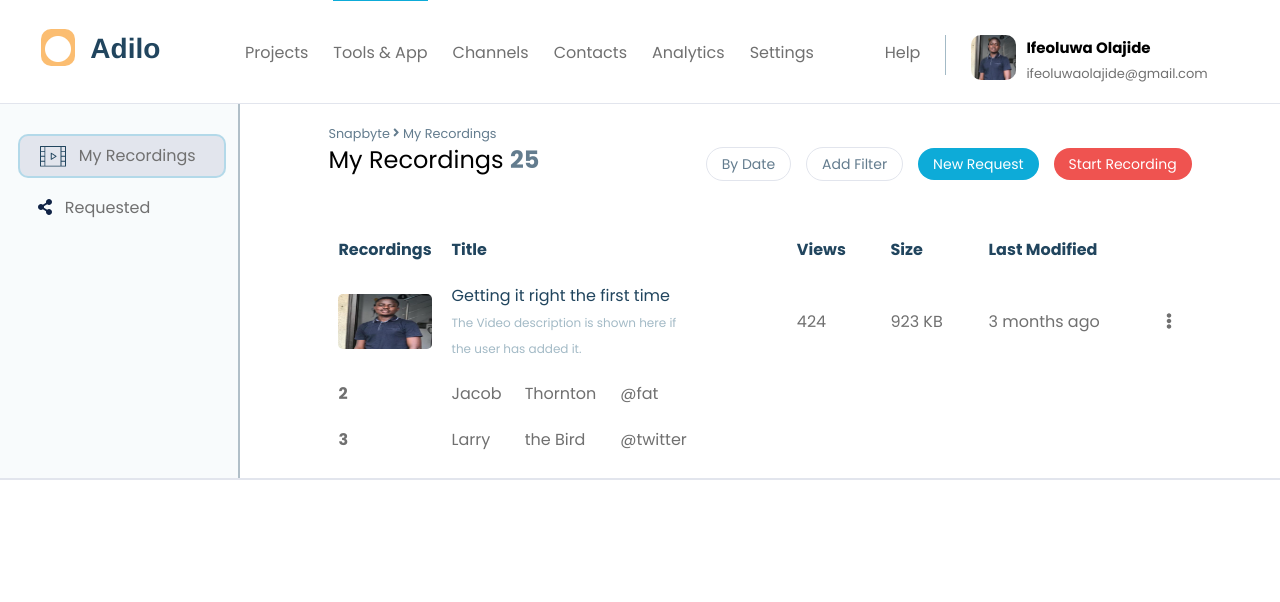
Repository: olhighjay/video_recorder
Page: /
An editor plug-in stored every save of this project. The page is shown before and after the next save, followed by the edit.
The browser window is 1280 px wide. The pictures show the whole page.
Some web libraries are served in a nearby version. The project was rebuilt for these pictures with package versions that can differ from the ones it lists, and the page was loaded fresh each time. Also part of the build but not shown: vue.config.js.

Above is the page before, as saved 2022-07-29 06:48:42.

### public/index.html
<!DOCTYPE html>
<html lang="">
  <head>
    <meta charset="utf-8">
    <meta http-equiv="X-UA-Compatible" content="IE=edge">
    <meta name="viewport" content="width=device-width,initial-scale=1.0">
    <link rel="icon" href="<%= BASE_URL %>favicon.ico">
    <title><%= htmlWebpackPlugin.options.title %></title>
    <link rel="stylesheet" href="https://cdn.jsdelivr.net/npm/bootstrap@4.0.0/dist/css/bootstrap.min.css" integrity="sha384-Gn5384xqQ1aoWXA+058RXPxPg6fy4IWvTNh0E263XmFcJlSAwiGgFAW/dAiS6JXm" crossorigin="anonymous">
    <link rel="stylesheet" href="https://cdnjs.cloudflare.com/ajax/libs/font-awesome/5.1.0/css/all.css" integrity="sha512-ajhUYg8JAATDFejqbeN7KbF2zyPbbqz04dgOLyGcYEk/MJD3V+HJhJLKvJ2VVlqrr4PwHeGTTWxbI+8teA7snw==" crossorigin="anonymous" referrerpolicy="no-referrer" />
  </head>
  <body>
    <noscript>
      <strong>We're sorry but <%= htmlWebpackPlugin.options.title %> doesn't work properly without JavaScript enabled. Please enable it to continue.</strong>
    </noscript>
    <div id="app"></div>
    <!-- built files will be auto injected -->

    <script src="https://cdnjs.cloudflare.com/ajax/libs/font-awesome/5.1.0/js/all.js" integrity="sha512-vn7pO1RiR0IT5T9K+USTmMfkTaecOtFtCCV0JvT+j8ZPBujq6C3P5J2sHttG7D41pBPqLCih+7lIXamnFodtUw==" crossorigin="anonymous" referrerpolicy="no-referrer"></script>
    <script src="https://code.jquery.com/jquery-3.2.1.slim.min.js" integrity="sha384-KJ3o2DKtIkvYIK3UENzmM7KCkRr/rE9/Qpg6aAZGJwFDMVNA/GpGFF93hXpG5KkN" crossorigin="anonymous"></script>
<script src="https://cdn.jsdelivr.net/npm/popper.js@1.12.9/dist/umd/popper.min.js" integrity="sha384-ApNbgh9B+Y1QKtv3Rn7W3mgPxhU9K/ScQsAP7hUibX39j7fakFPskvXusvfa0b4Q" crossorigin="anonymous"></script>
<script src="https://cdn.jsdelivr.net/npm/bootstrap@4.0.0/dist/js/bootstrap.min.js" integrity="sha384-JZR6Spejh4U02d8jOt6vLEHfe/JQGiRRSQQxSfFWpi1MquVdAyjUar5+76PVCmYl" crossorigin="anonymous"></script>
  </body>
</html>

### src/App.vue
<template>
  <!-- <img alt="Vue logo" src="./assets/logo.png"> -->
  <div>
    <navbar></navbar>
    <div id="main-flex">
      <div class="my-sidebar">
        <ul class="my-sidebar-items">
            <li class="sidebar-item-active"> <img src="./assets/video-player.png" alt=""> &nbsp; My Recordings</li>
            <li> <i class="fa fa-share-alt" style="color:#102346"></i> &nbsp; Requested</li>
        </ul>
      </div>
        <div class="my-main">
          <div class="my-main-container">
            <div><small class="breadcrumbs">Snapbyte <i class="fa fa-angle-right" style="font-weight:200"></i> My Recordings</small></div>
            <div class="subheading-tab">
              <div> <span class="my-recordings">My Recordings </span><span class="my-recordings-count">25</span> </div>
              <div>
                <button class="sub-heading-btn white-btn">By Date</button>
                <button class="sub-heading-btn white-btn">Add Filter</button>
                <button class="sub-heading-btn blue-btn">New Request</button>
                <button class="sub-heading-btn red-btn">Start Recording</button>
              </div>
            </div>
            <!-- <div style="border: 1px dashed #A3BAC6; margin-top:30px;
              border-radius: 38px;
              opacity: 1; padding-top:105.9px; padding-bottom:68.5px">
              <p style="color: #000; font-size: 22px; text-align:center; font-weight:medium; margin-top:56px">Say hello to the world!</p>
              <p style="color: #637C8E; font-size: 14px; text-align:center;">Record your first video/audio and share it what your team, friends, <br />followers and customers.</p>
              <div class="text-center">
                <button class="sub-heading-btn red-btn">Start Recording</button>
                <button class="sub-heading-btn blue-btn">New Request</button>
              </div>
            </div>
            <div class="footer" style="margin-top:42px; margin-bottom: 140px">
              <div>

              </div>
              <div>
                <p style="font-size: 26px; color:#21455E">Want more controls & better <br />quality recording?</p>
                <button class="sub-heading-btn blue-btn">Download the desktop recorder</button>
              </div>
            </div> -->
            <div class="table-responsive-xl" style="margin-top:46.1px">
              <table class="">
  <thead>
    <tr >
      <th scope="col" class="my-table-title">Recordings</th>
      <th scope="col" class="my-table-title" colspan="3">Title</th>
      <th scope="col" style="width:10%"></th>
      <th scope="col" class="my-table-title">Views</th>
      <th scope="col" class="my-table-title">Size</th>
      <th scope="col" class="my-table-title">Last Modified</th>
      <th scope="col" class="my-table-title"></th>
    </tr>
  </thead>
  <tbody>
    <tr>
      <td style="width:13%; ">
        <img alt="Profile Image" src="./assets/profile.jpg" style="width:100%; height:55px; border-radius:5px">
      </td>
      <td style="width:30%" colspan="3">
        <span class="row-col-txt">Getting it right the first time </span> <br />
        <span class="row-col-subtxt">The Video description is shown here if the user has added it. </span>
      </td>
      <td style="width:10%">
      </td>
      <td>424</td>
      <td>923 KB</td>
      <td>3 months ago</td>
      <td><i class="fa fa-ellipsis-v"></i></td>
    </tr>
    <tr>
      <th scope="row">2</th>
      <td>Jacob</td>
      <td>Thornton</td>
      <td>@fat</td>
    </tr>
    <tr>
      <th scope="row">3</th>
      <td>Larry</td>
      <td>the Bird</td>
      <td>@twitter</td>
    </tr>
  </tbody>
</table>
            </div>
          </div>
        </div>
    </div>
  </div>
</template>

<script>
// import HelloWorld from './components/HelloWorld.vue'
import Navbar from './layouts/Navbar.vue'

export default {
  name: 'App',
  components: {
    Navbar
  }
}
</script>


<style>
 @import url('https://fonts.googleapis.com/css2?family=Poppins:wght@400;500;700&display=swap');

#main-flex {
  display: flex;
  width: 100%;
}

.my-sidebar {
  flex: 0 0 240px;
  /* width: 20%; */
  /* height: 100%; */
  background-color: #ebf2f656;
  border-right: 2px solid #21455e54;
  /* border-right: 2px solid #21455E; */
  /* width:250px; */
}
.my-sidebar-items {
  list-style: none;
  padding: 20px 0;
}
.my-sidebar-items>li {
  margin : 10px 12px 10px 18px;
  padding: 7px 20px ;
}
.sidebar-item-active {
  background-color: #E2E5ED;
  border: 2px solid #0DABD838;
  border-radius: 10px;
}





.my-main {
  flex: 1;
  flex-wrap: wrap;
}
.my-main-container {
  padding: 1.5% 8.5%;
}
.subheading-tab {
  display: flex;
  justify-content: space-between;
}
.sub-heading-btn {
  padding: 3px 15px;
  border-radius: 20px;
  margin-left: 15px;
  font-size: 14px;
}
.white-btn {
  border: 1px solid #E2E5ED;
  background-color: white;
  color: #637C8E;
}
.blue-btn {
  border: none;
  background-color: #0DABD8;
  color: #fff;
}
.red-btn {
  border: none;
  background-color: #EF5350;
  color: #fff;
}
.my-recordings, .my-recordings-count {
  font-size: 24px;
  color: #000
}
.my-recordings {
  color: #000
}
.my-recordings-count {
  color: #637C8E;
  font-weight: 600;
}
.breadcrumbs {
  color:#637C8E;
}


table  {
  border-spacing: 300px !important;
}
th, td {
  padding: 10px;
}
.my-table-title {
  text-align: left;
  font: normal normal medium 18px/27px Poppins;
  letter-spacing: 0px;
  color: #21455E;
}
.row-col-txt {
  color:#21455E
}
.row-col-subtxt {
  text-align: left;
  font: normal normal normal 12px/18px Poppins;
  letter-spacing: 0px;
  color: #A3BAC6;
  line-height: 1.6;
}



#app {
  font-family: Avenir, Helvetica, Arial, sans-serif;
  font: normal normal normal 14px/26px Poppins;
  -webkit-font-smoothing: antialiased;
  -moz-osx-font-smoothing: grayscale;
   /* text-align: center; */
   font-size: 16px;
  color: #707070;
  border-bottom: solid 2px #E2E5ED;
  overflow: hidden;
  /* margin-top: 60px;  */
}


</style>

### src/layouts/Navbar.vue
<template>
    <nav class="">
      <div class="nav-logo-area">
        <div class="nav-logo-area-inner">
          <div class="white-logo-wrap">
            <span class="white-logo-bkg">
            <img alt="Adilo logo" src="../assets/swarm.png">
            </span>
          </div>
          <div class="adilo">Adilo</div>
        </div>
      </div>
      <div class="nav-tab">
        <ul class="my-nav-list">
          <li><a>Projects</a></li>
          <li class="active-nav-item"> <a>Tools & App</a></li>
          <li><a>Channels</a></li>
          <li><a>Contacts</a></li>
          <li><a>Analytics</a></li>
          <li><a>Settings</a></li>
        </ul>
      </div>
      <div class="nav-profile">
        <ul class="my-nav-list">
          <li><a>Help</a></li>
        </ul>
        <div class="profile-info">
          <div class="profile-border"></div>
          <div >
            <img alt="Profile Image" src="../assets/profile.jpg" class="profile-img">
          </div>
          <div style="margin-left:10px">
            <span class="profile-name">Ifeoluwa Olajide </span>
            <p class="profile-email">ifeoluwaolajide@gmail.com</p>
          </div>
        </div>
      </div>
    </nav>
</template>
<script>
export default {
    name: 'NavbarComponent'
}
</script>
<style>
     nav {
    display: flex;
    /* height: 69px; */
    padding: 0 0.032%;
    border-bottom: solid 1px #E2E5ED;
  }

  .nav-logo-area {
    flex: 0 0 16%;
    padding-left: 3.2%;
    padding-top: 19px;
    padding-bottom: 27px;
  }
  .nav-logo-area-inner {
    display: flex;
  }
  .nav-tab {
    flex: 0 0 50%;
  }
  .nav-profile {
    flex: 0 0 34%;
    display: flex;
  }
  .my-nav-list {
    list-style: none;
    padding-top: 40px;
  }
  .my-nav-list>li {
    display: inline;
    margin-right: 25px;
    padding-top: 40px;
  }
  .my-nav-list>li>a {
    text-align: left;
    /* font: normal normal normal 18px/27px Poppins; */
    letter-spacing: 0px;
    color: #707070;
    opacity: 1
  }
  .white-logo-wrap {
    padding-top:16px;
  }
  .white-logo-bkg {
    background-color:#FBBD71;
    padding:7px 4px;
    border-radius:10px;
  }
  .adilo {
    font: normal normal bold 28px/32px Helvetica;
    font-size:28px;
    margin-left:15px;
    font-weight:bold;
    color:#21455E;
    padding-top:14px;
  }
  .profile-info {
    padding-top:35px;
    display:flex;
  }
  .active-nav-item {
    border-top: 6px solid #0DABD8;
  }
  .profile-border {
    border-left: 1px solid #A3BAC6;
    padding-left:25px;
    height:40px;
  }
  .profile-img {
    width:45px; height: 45px;
    border-radius:10px;
  }
  .profile-name {
    font-weight:bold;
    font-size:15px;
    color:black;
  }
  .profile-email {
    font-size:13px;
  }
</style>

Loaded but not shown: src/main.js (common file)

After the next save:
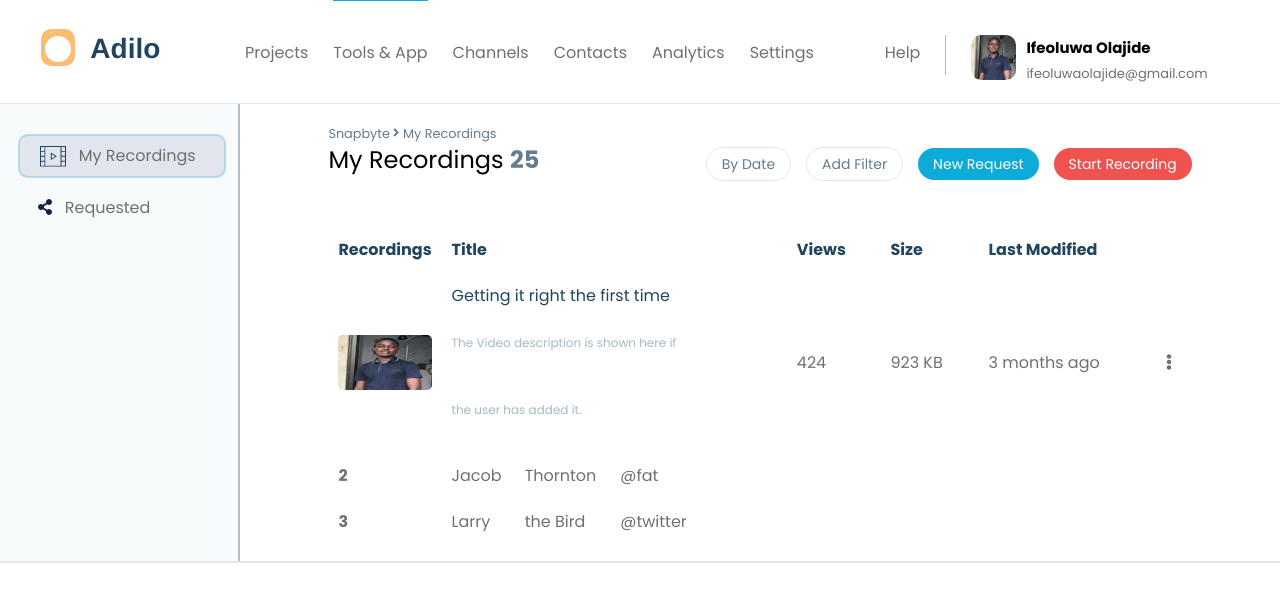
Saved 10 s later.
--- a/src/App.vue
+++ b/src/App.vue
@@ -206,7 +206,7 @@
   font: normal normal normal 12px/18px Poppins;
   letter-spacing: 0px;
   color: #A3BAC6;
-  line-height: 1.6;
+  line-height: 5.6;
 }
 
 

After the save that followed:
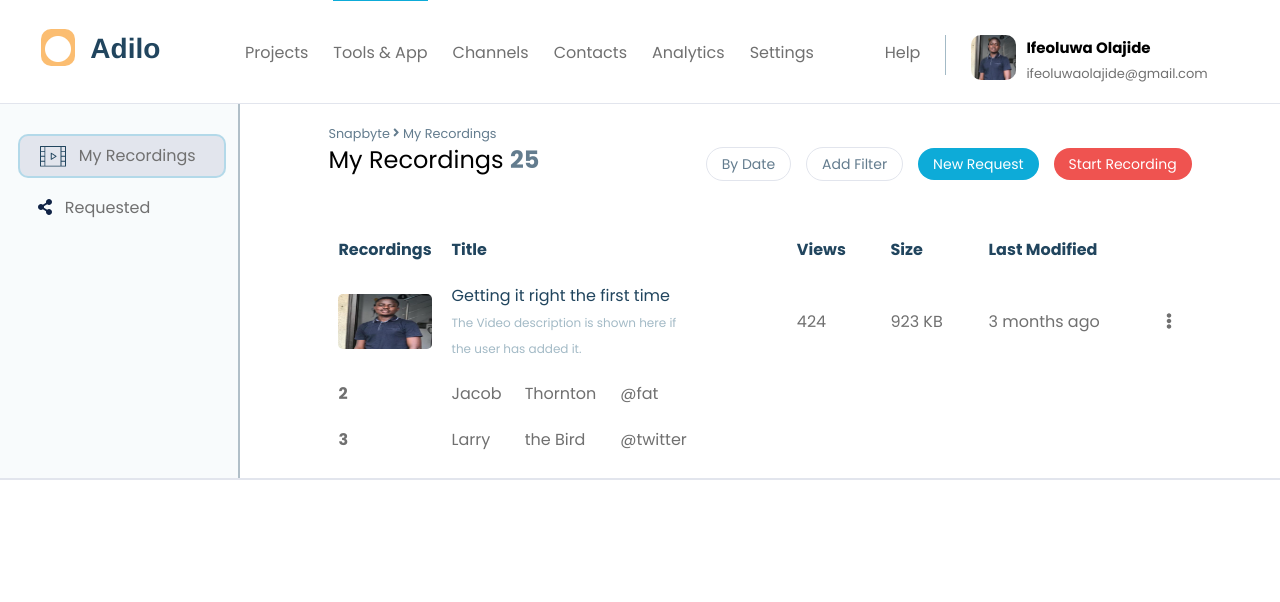
Saved 9 s later.
--- a/src/App.vue
+++ b/src/App.vue
@@ -206,7 +206,7 @@
   font: normal normal normal 12px/18px Poppins;
   letter-spacing: 0px;
   color: #A3BAC6;
-  line-height: 5.6;
+  line-height: 1;
 }
 
 
